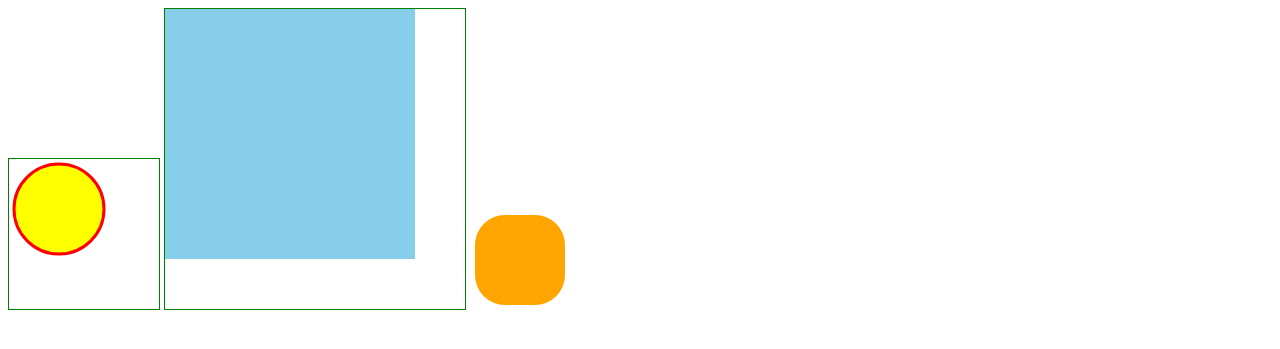
Repository: claddds/2023_webstudy
Page: 01_html/src/main/webapp/day04/ex05_SVG.html
The author's editor kept a copy of each file at every save. The page is drawn from the files as they stood at one save, then again after the next save.
The browser window is 1280 px wide. The pictures show the whole page.

Above is the page before, as saved 2023-06-22 07:13:21.

After the next save:
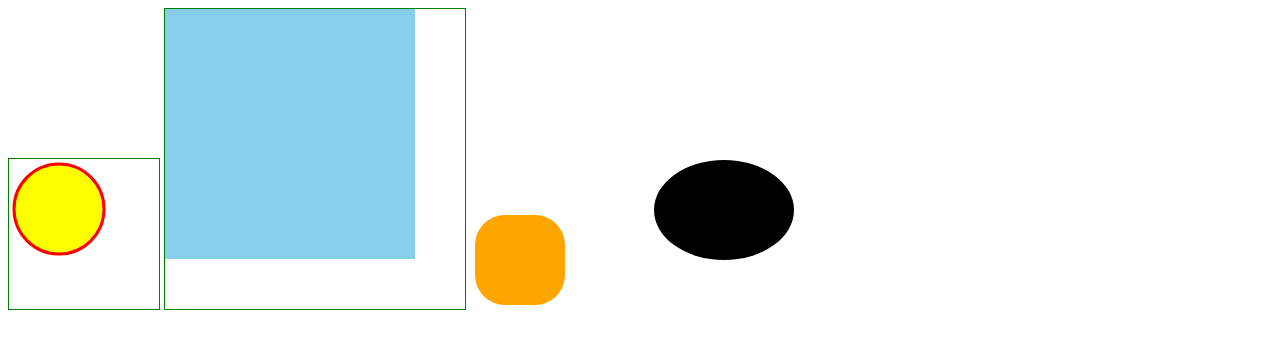
Saved 4 min 54 s later.
--- a/01_html/src/main/webapp/day04/ex05_SVG.html
+++ b/01_html/src/main/webapp/day04/ex05_SVG.html
@@ -23,5 +23,10 @@
 	<svg style="width:100px; height: 100px">
 		<rect x="5", y="5", rx="30" ry="30" style="width:90; height:90; stroki:blue; fill:orange">
 	</svg>
+
+	<!-- 타원: ellipse rx=>수평, ry="수직" -->
+	<svg style="width:300px; height:200px;">
+		<ellipse cx="150", cy="100", rx="70", ry="50">
+	</svg>
 </body>
 </html>
